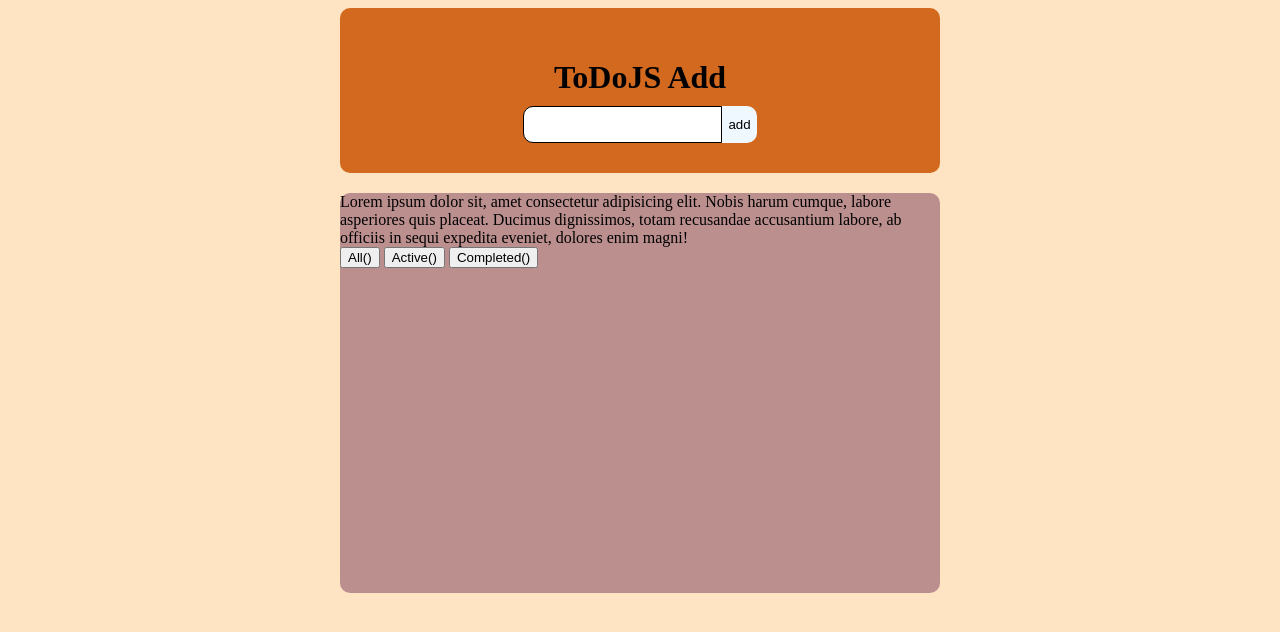
Repository: Savich01/ToDo
Page: index.html
An editor plug-in stored every save of this project. The page is shown before and after the next save, followed by the edit.
The browser window is 1280 px wide. The pictures show the whole page.

Above is the page before, as saved 2024-05-03 15:24:12.

### index.html
<!DOCTYPE html>
<html lang="en">
<head>
    <meta charset="UTF-8">
    <meta name="viewport" content="width=device-width, initial-scale=1.0">
    <link rel="stylesheet" href="css/style.css">
    <title>ToDO</title>
</head>
<body>
    <header class="header">
        <div class="header-block">
            <div class="header-block__sub">
                <h1 class="title">ToDoJS Add</h1>
                <form class="personal" action="#">
                    <input type="text" class="personal-input">
                    <button class="personal-btn">add</button>
                </form>
            </div>
        </div>
    </header>
     <main class="main">
        <div class="main-block">
            <div class="main-container">
              Lorem ipsum dolor sit, amet consectetur adipisicing elit. Nobis harum cumque, labore asperiores quis placeat. Ducimus dignissimos, totam recusandae accusantium labore, ab officiis in sequi expedita eveniet, dolores enim magni!
            </div>
            <div class="main-button">
                 <button class="main-btn1">All()</button>
                 <button class="main-btn2">Active()</button>
                 <button class="main-btn3">Completed()</button>
            </div>
            </div>
     </main>
        <script src="js/script.js"></script>
</body>
</html>

### css/style.css
/*------------HEADER-------------------------------------*/

body {
    max-width: 100%;
    background: #FFE4C4;
}
.header {
    margin-bottom: 20px;
}
.header-block {
    max-width: 600px;
    margin: 0 auto;
    background: #D2691E;
    border-radius: 10px;
}
 .header-block__sub {
    display: flex;
    flex-direction: column;
    justify-content: center;
    align-items: center;
    padding: 30px 0px;
 }

 .title {
    margin-bottom: 10px;
 }

 .personal {
    display: flex;
    justify-content: center;
 }

 .personal-input{
    padding: 10px;
    border: 1px solid #000;
    border-radius: 10px 0px 0px 10px;
 }
.personal-btn {
    border: none;
    background-color: aliceblue;
    border-radius: 0px 10px 10px 0px;
    cursor: pointer;
}
/*------------------MAIN-------------------------------------*/

.main-block {
   max-width: 600px;
   margin: 0 auto;
   background: #BC8F8F;
   height: 400px;
   border-radius: 10px;
   display:flex;
   flex-direction: column;
}
.main-button {
    /* display: flex;
    align-items: flex-end;
    justify-content: space-around */
}
/*------------------FOOTER--------------------------------------------------*/

Loaded but not shown: js/script.js (no copy from this time; the picture is the same without it)

After the next save:
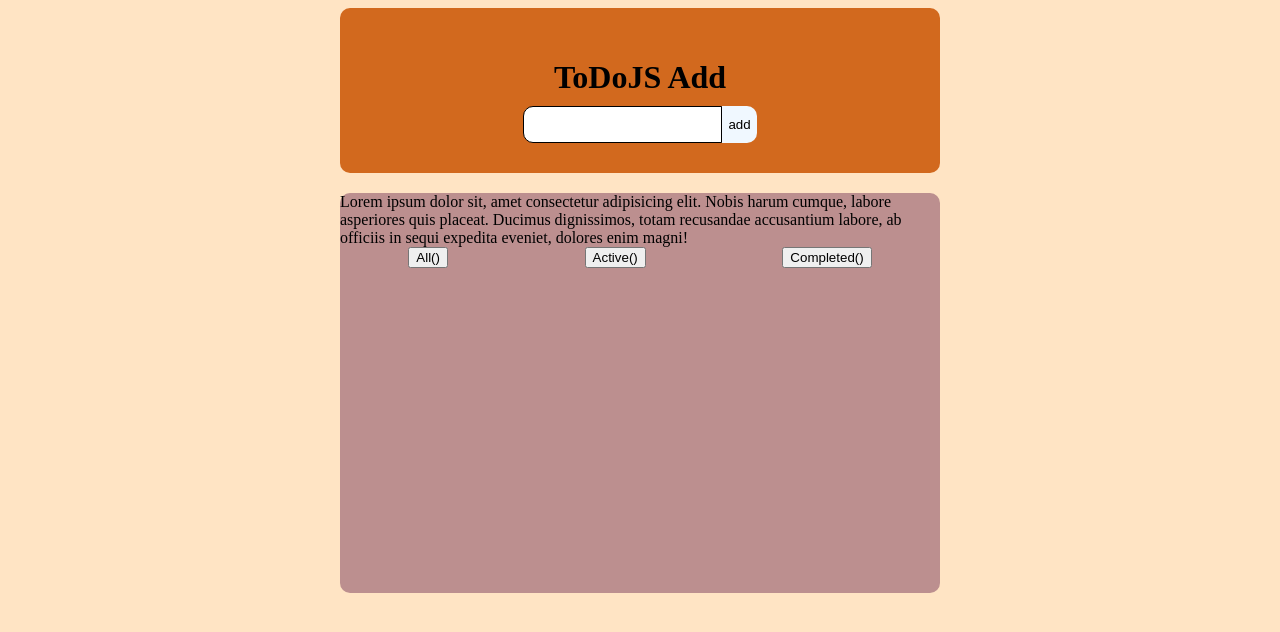
Saved 19 s later.
--- a/css/style.css
+++ b/css/style.css
@@ -53,8 +53,8 @@ body {
    flex-direction: column;
 }
 .main-button {
-    /* display: flex;
+    display: flex;
     align-items: flex-end;
-    justify-content: space-around */
+    justify-content: space-around
 }
 /*------------------FOOTER--------------------------------------------------*/
